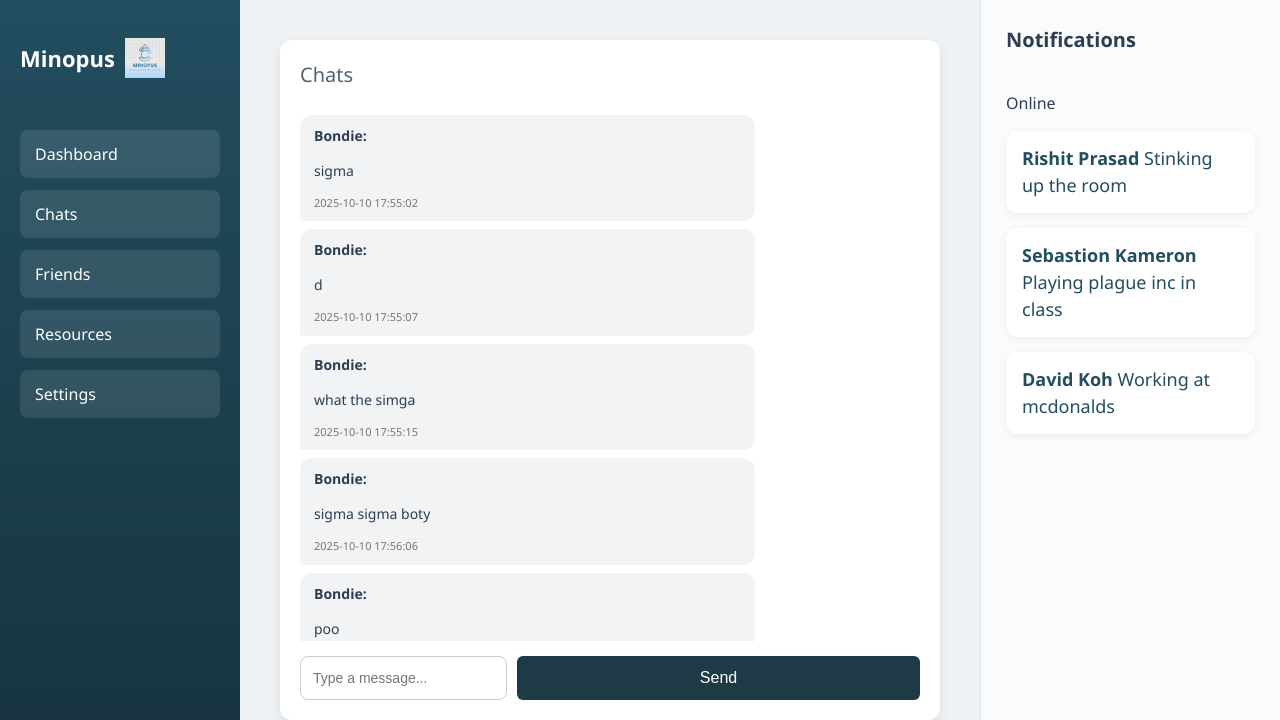
Repository: AUTemmie/Assessment-Task-3
Page: http://localhost/chat
These files come from the project's save history. The page is drawn as it stood at one moment and after the next save; the edit follows.
The browser window is 1280 px wide. The pictures show the whole page.
An inner scrolling area shows only its first screen. The page is served by the project's application, run on Flask 3 (main.py). The session is filled in as if someone had signed in: {"username": "Test User"}. The page reads the database file committed with the project.

Above is the page before, as saved 2025-10-15 14:45:06.

After the next save:
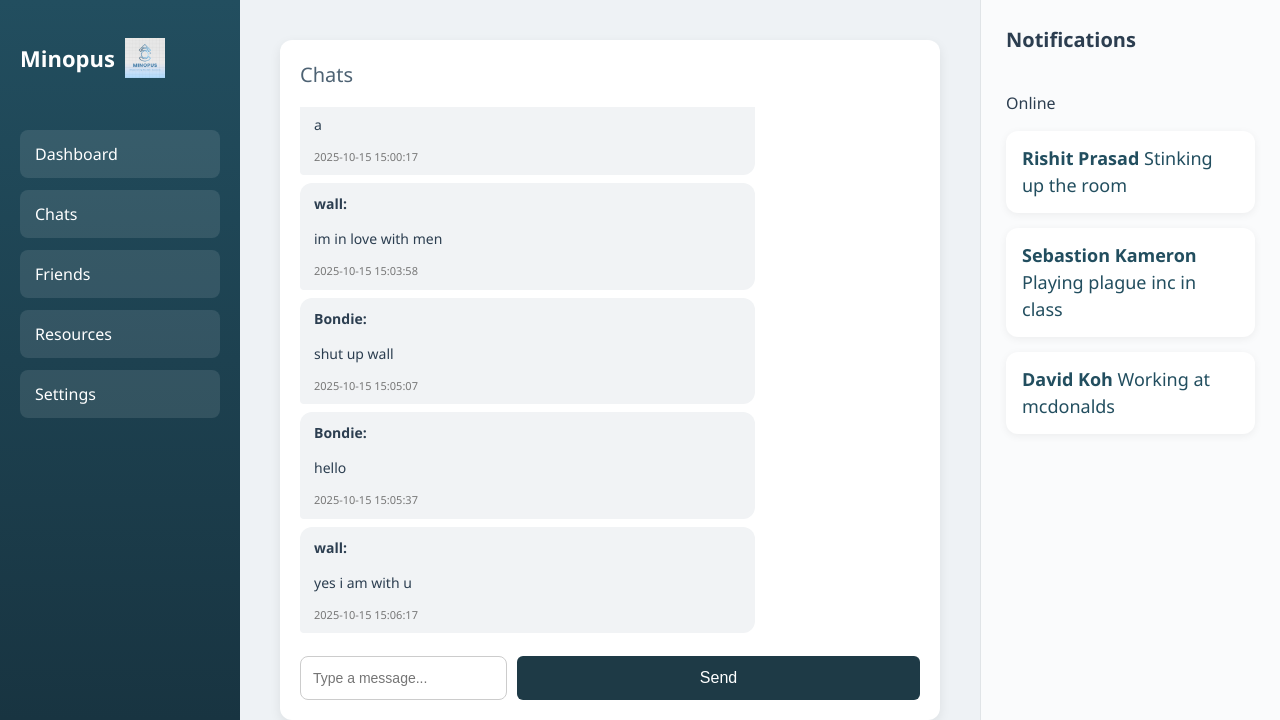
Saved 3 min 4 s later.
--- a/templates/chat.html
+++ b/templates/chat.html
@@ -3,7 +3,7 @@
   <h2>Chats</h2>
 
   <!-- Messages -->
-  <div class="chat-box">
+  <div class="chat-box" id="chatBox">
     {% for sender, text, time in messages %}
     <div
       class="message {% if sender == session['username'] %}sent{% else %}received{% endif %}"
@@ -24,8 +24,18 @@
       name="message"
       placeholder="Type a message..."
       required
+      autocomplete="off"
     />
     <button type="submit">Send</button>
   </form>
 </div>
+
+<!-- Auto-scroll script -->
+<script>
+  // Always scroll chat to bottom after page load
+  const chatBox = document.getElementById("chatBox");
+  if (chatBox) {
+    chatBox.scrollTop = chatBox.scrollHeight;
+  }
+</script>
 {% endblock %}
